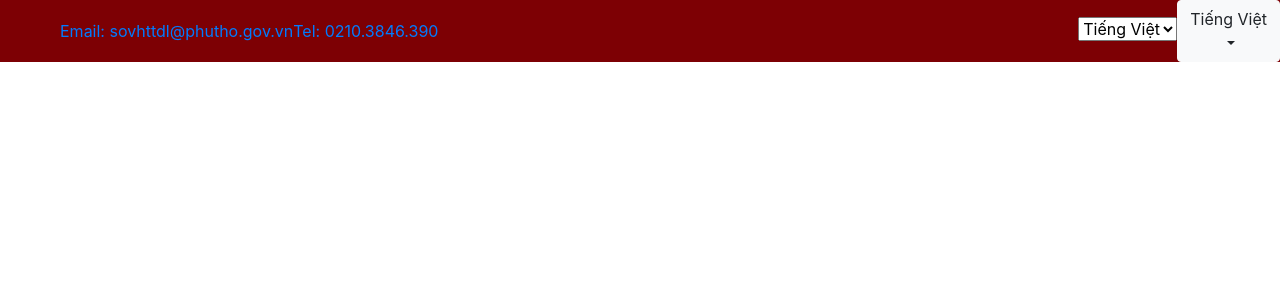
Repository: NgocNB20/Front_end_KLTN
Page: index.html
An editor plug-in stored every save of this project. The page is shown before and after the next save, followed by the edit.
The browser window is 1280 px wide. The pictures show the whole page.
Some web fonts or font styles are not loaded; a fallback is used.

Above is the page before, as saved 2021-11-28 10:03:24.

After the next save:
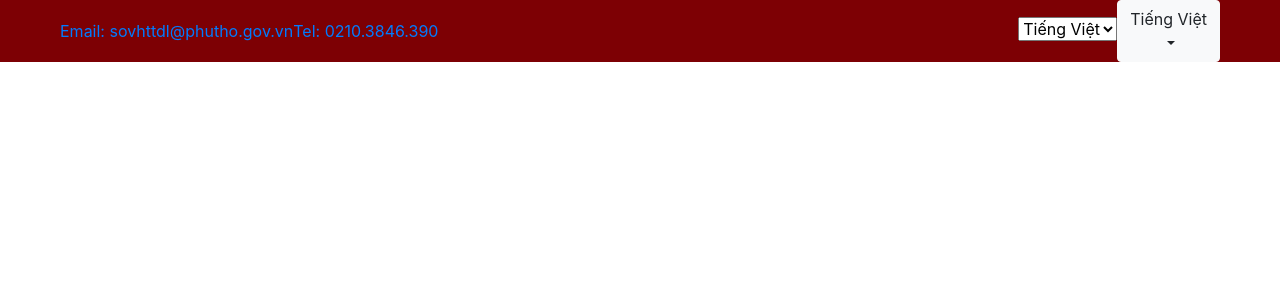
Saved 25 s later.
--- a/style.css
+++ b/style.css
@@ -65,3 +65,11 @@
     -webkit-box-align: center;
     align-items: center;
 }
+.main-nav__right {
+    margin-left: auto;
+    display: -webkit-box;
+    display: flex;
+    -webkit-box-align: center;
+    align-items: center;
+    padding-right: 60px;
+}
